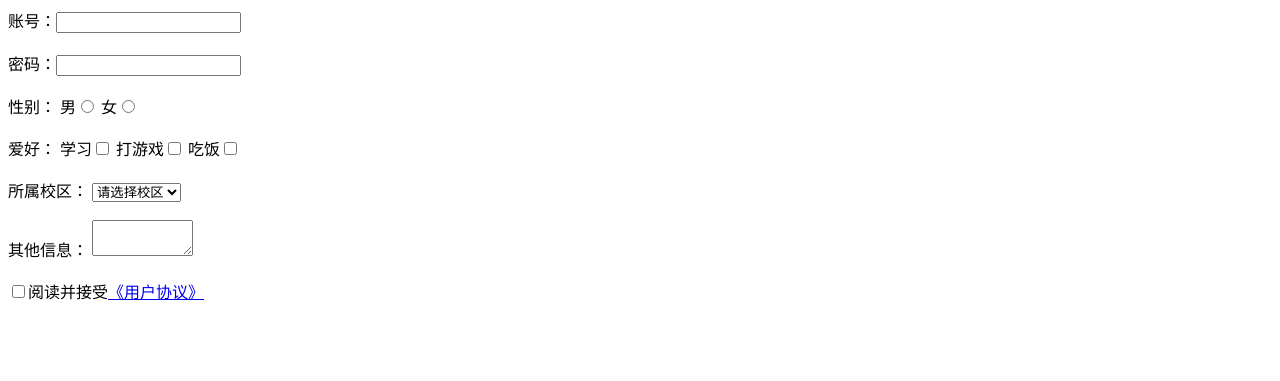
Repository: Lconfident/Learning_Process
Page: Vue/vue_basic/13__收集表单数据/1.收集表单数据.html
The author's editor kept a copy of each file at every save. The page is drawn from the files as they stood at one save, then again after the next save.
The browser window is 1280 px wide. The pictures show the whole page.

Above is the page before, as saved 2023-07-22 10:33:13.

### Vue/vue_basic/13__收集表单数据/1.收集表单数据.html
<!DOCTYPE html>
<html lang="en">

<head>
    <meta charset="UTF-8">
    <meta name="viewport" content="width=device-width, initial-scale=1.0">
    <title>Doc</title>
    <!-- 引入Vue -->
    <script type="text/javascript" src="../../js/vue.js"></script>
</head>

<body>
    <!-- 准备好一个容器 -->
    <div id="root">
        <form>
            账号：<input type="text"><br><br>
            密码：<input type="password"><br><br>
            性别：
            男<input type="radio" name="gender">
            女<input type="radio" name="gender"><br><br>
            爱好：
            学习<input type="checkbox">
            打游戏<input type="checkbox">
            吃饭<input type="checkbox"><br><br>
            所属校区：
            <select>
                <option value="">请选择校区</option>
                <option value="beijing">北京</option>
                <option value="shanghai">上海</option>
                <option value="wuhan">武汉</option>
                <option value="shenzhen">深圳</option>
            </select><br><br>
            其他信息：
            <textarea cols="10" rows="2"></textarea><br><br>
            <input type="checkbox">阅读并接受<a href="http://atguigu.com">《用户协议》</a><br><br>

        </form>
    </div>

</body>

<script type="text/javascript">

</script>

</html>

Loaded but not shown: Vue/js/vue.js (library)

After the next save:
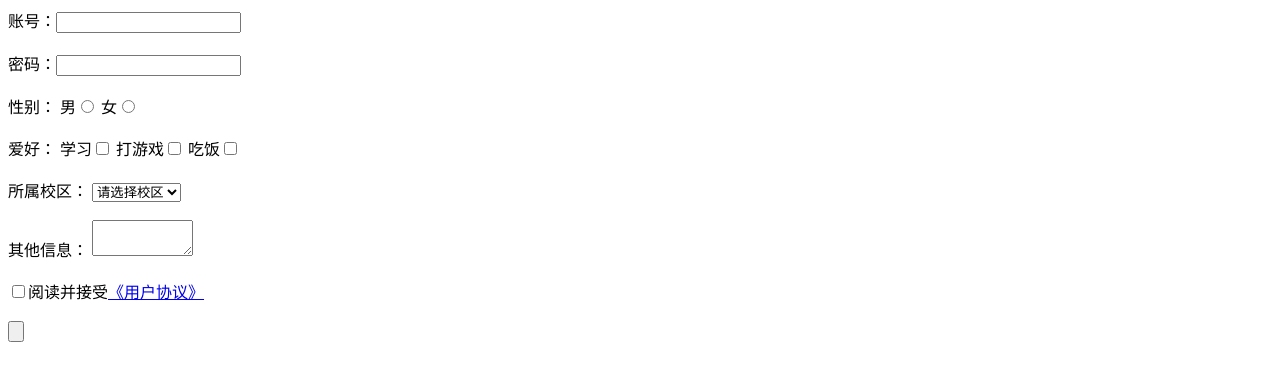
Saved 5 s later.
--- a/Vue/vue_basic/13__收集表单数据/1.收集表单数据.html
+++ b/Vue/vue_basic/13__收集表单数据/1.收集表单数据.html
@@ -33,7 +33,7 @@
             其他信息：
             <textarea cols="10" rows="2"></textarea><br><br>
             <input type="checkbox">阅读并接受<a href="http://atguigu.com">《用户协议》</a><br><br>
-
+            <input type="submit" value="">
         </form>
     </div>
 
